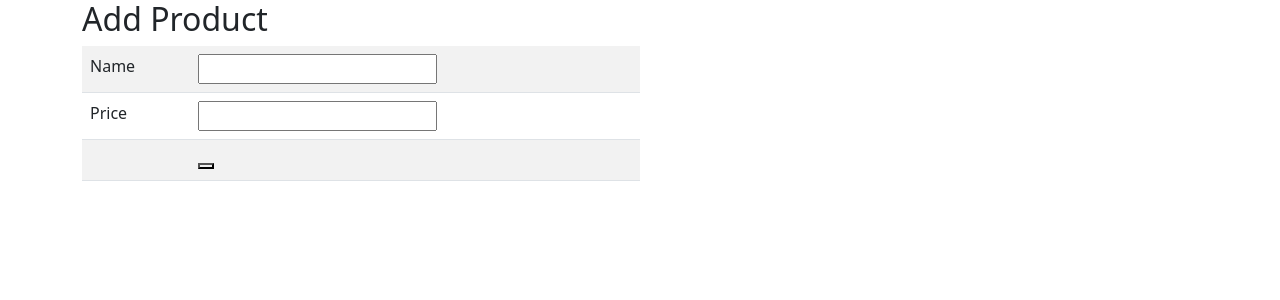
Repository: nguyenhung50497/MD3_thaoTacVoiFile
Page: BT_productManager2/templates/addProduct.html
These files come from the project's save history. The page is drawn as it stood at one moment and after the next save; the edit follows.
The browser window is 1280 px wide. The pictures show the whole page.
Some web libraries are served in a nearby version.

Above is the page before, as saved 2022-12-14 15:42:28.

### BT_productManager2/templates/addProduct.html
<!DOCTYPE html>
<html lang="en">
<head>
    <meta charset="UTF-8">
    <title>Customer manager</title>
    <link href="https://cdn.jsdelivr.net/npm/bootstrap@5.1.3/dist/css/bootstrap.min.css" rel="stylesheet" crossorigin="anonymous">
</head>
<body>
<div class="container">
    <div class="col-6">
        <h2>Add Product</h2>
        <form action="" method="post">
            <table class="table table-striped">
                <tr>
                    <td>Name</td>
                    <td><input type="text" name="name"></td>
                </tr>
                <tr>
                    <td>Price</td>
                    <td><input type="text" name="price"></td>
                </tr>
                <tr>
                    <td></td>
                    <td><button type="submit"></button></td>
                </tr>
            </table>
        </form>
    </div>

</div>
<script src="https://cdn.jsdelivr.net/npm/@popperjs/core@2.10.2/dist/umd/popper.min.js" integrity="sha384-7+zCNj/IqJ95wo16oMtfsKbZ9ccEh31eOz1HGyDuCQ6wgnyJNSYdrPa03rtR1zdB" crossorigin="anonymous"></script>
<script src="https://cdn.jsdelivr.net/npm/bootstrap@5.1.3/dist/js/bootstrap.min.js" integrity="sha384-QJHtvGhmr9XOIpI6YVutG+2QOK9T+ZnN4kzFN1RtK3zEFEIsxhlmWl5/YESvpZ13" crossorigin="anonymous"></script>
</body>
</html>

After the next save:
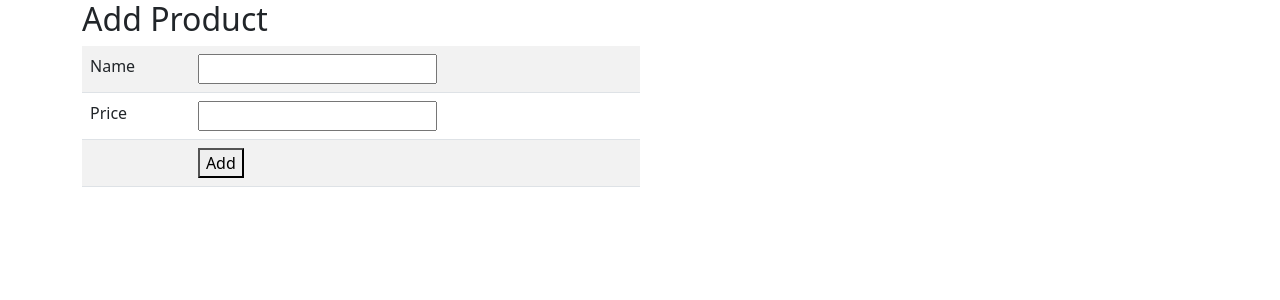
Saved 8 s later.
--- a/BT_productManager2/templates/addProduct.html
+++ b/BT_productManager2/templates/addProduct.html
@@ -21,7 +21,7 @@
                 </tr>
                 <tr>
                     <td></td>
-                    <td><button type="submit"></button></td>
+                    <td><button type="submit">Add</button></td>
                 </tr>
             </table>
         </form>
